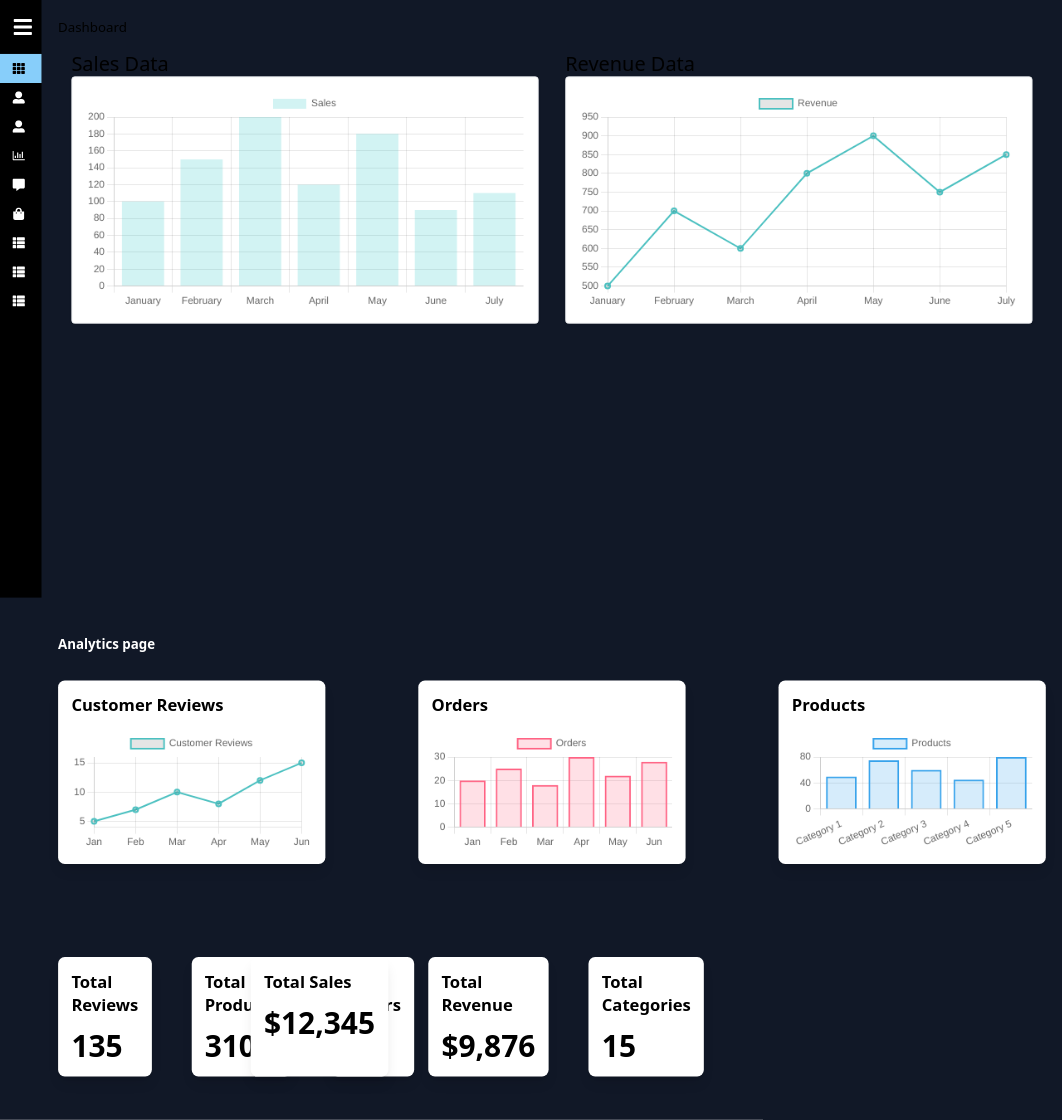
Repository: AndargWorku12/admin-dashboard
Page: /
The author's editor kept a copy of each file at every save. The page is drawn from the files as they stood at one save, then again after the next save.
The browser window is 1280 px wide. The pictures show the whole page, at 83% of full size.
The project was rebuilt for these pictures with package versions that can differ from the ones it lists, and the page was loaded fresh each time. Also part of the build but not shown: src/pages/Orders.tsx, src/pages/Category.tsx, src/pages/Login.tsx, src/pages/CustemerReview.tsx, src/pages/ProductList.tsx, src/pages/ShopCard.tsx, src/pages/SignUpForm.tsx, src/pages/ForgetPassword.tsx.

Above is the page before, as saved 2024-01-29 05:54:29.

After the next save:
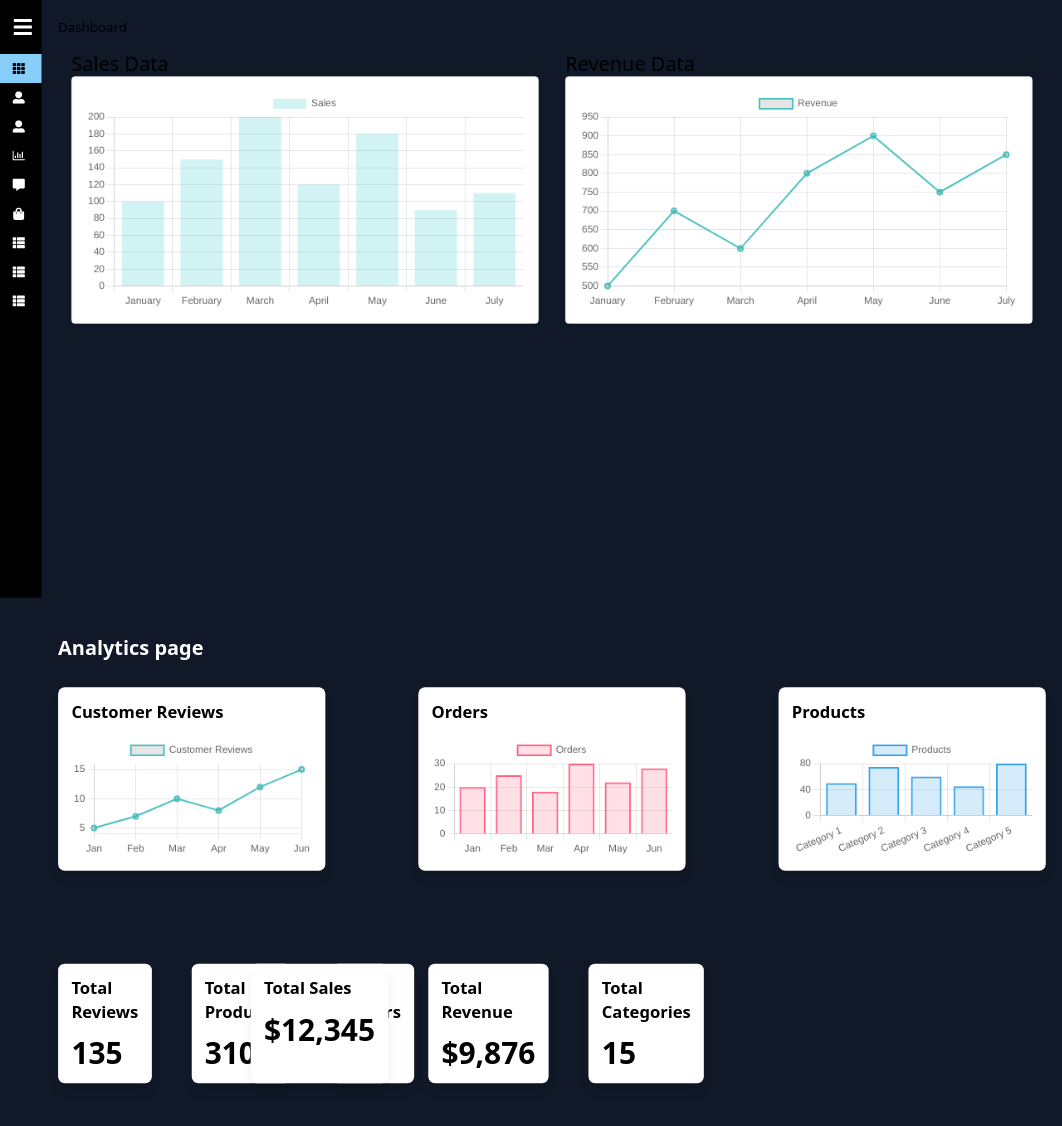
Saved 15 s later.
--- a/src/pages/Analytics.tsx
+++ b/src/pages/Analytics.tsx
@@ -47,7 +47,7 @@ const AnalyticsPage: React.FC = () => {
 
   return (
     <>
-    <h2 className='text-white font-bold'>Analytics page</h2>
+    <h2 className='text-white font-bold text-2xl'>Analytics page</h2>
     <div className="container mx-auto my-8 ">
 
       <div className="grid grid-cols-1 md:grid-cols-2 lg:grid-cols-3 gap-28">
